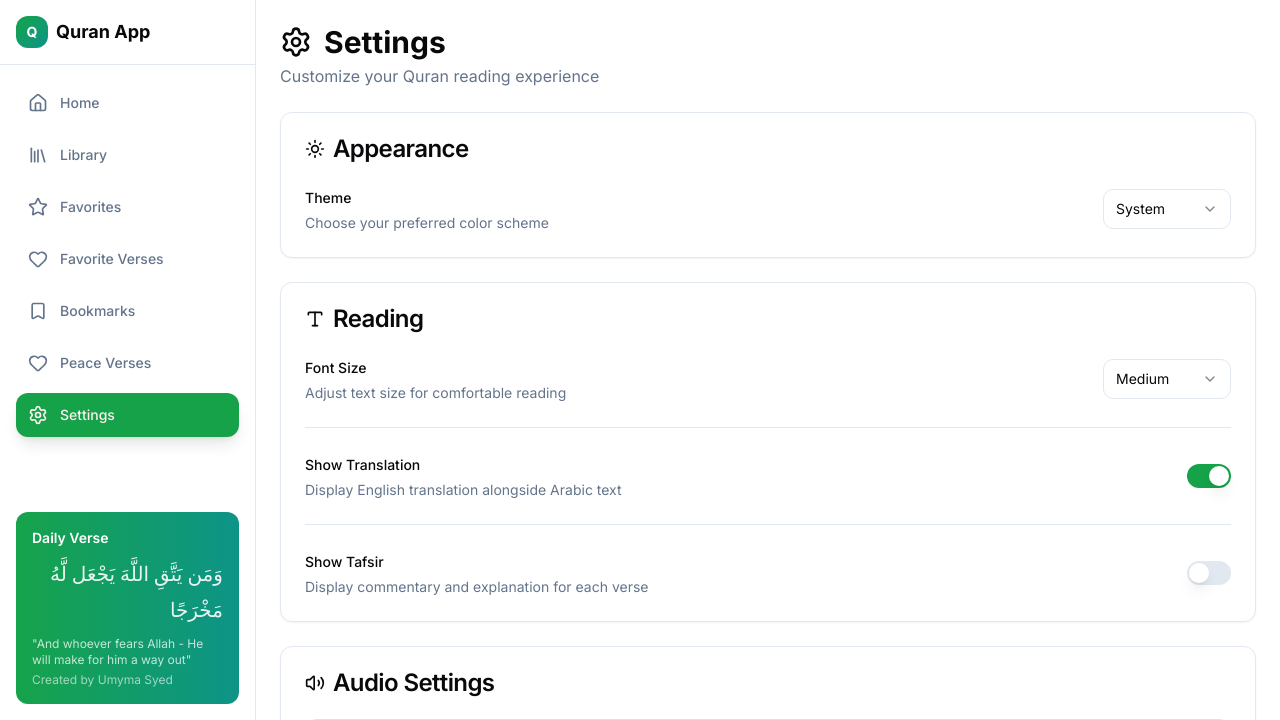
Repository: umymasyed/QuranApp
Page: /settings
The author's editor kept a copy of each file at every save. The page is drawn from the files as they stood at one save, then again after the next save.
The browser window is 1280 px wide. The pictures show the whole page.
An inner scrolling area shows only its first screen. The project was rebuilt for these pictures with package versions that can differ from the ones it lists, and the page was loaded fresh each time. The framework's server and built-in components were replaced by stand-ins that run in the browser. Also part of the build but not shown: next.config.mjs, components/audio-player.tsx.

Above is the page before, as saved 2025-07-23 11:35:30.

After the next save:
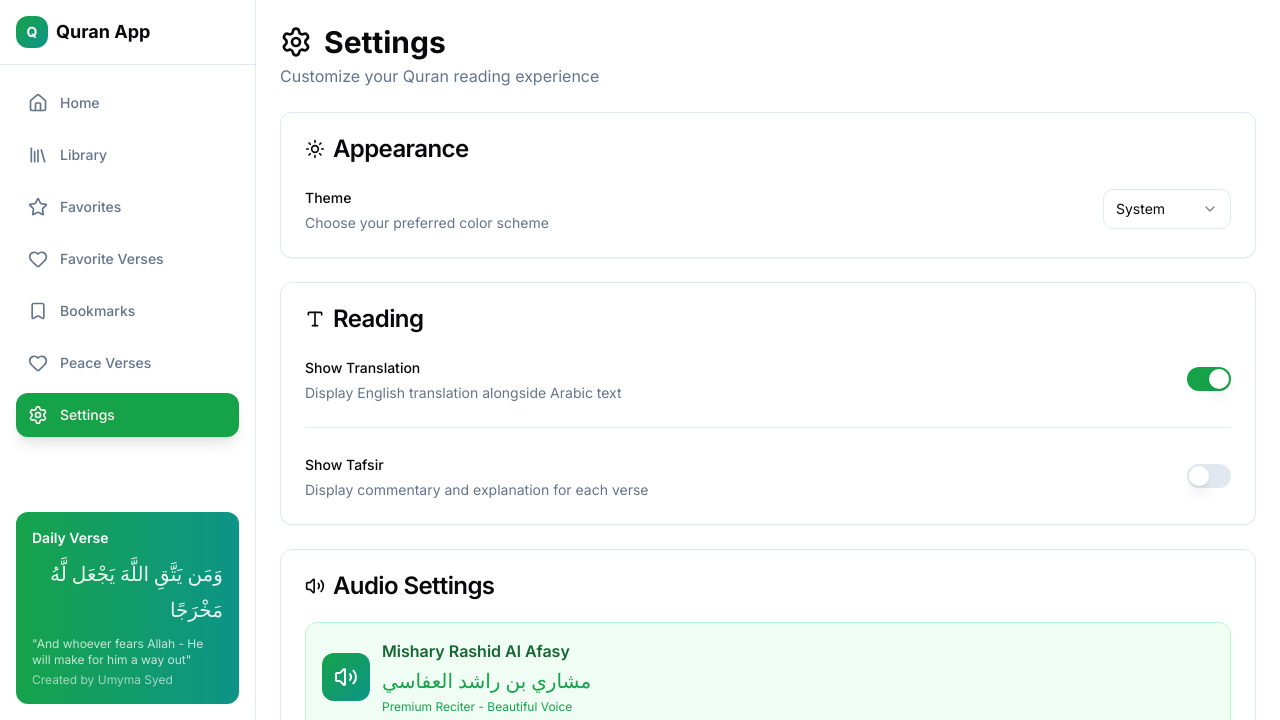
Saved 11 min 17 s later.
--- a/app/settings/page.tsx
+++ b/app/settings/page.tsx
@@ -17,7 +17,6 @@ export default function SettingsPage() {
   const { theme, setTheme } = useTheme()
   const [preferences, setPreferences] = useState<UserPreferences>({
     theme: "light",
-    fontSize: "medium",
     showTranslation: true,
     showTafsir: false,
     autoPlay: false,
@@ -46,7 +45,6 @@ export default function SettingsPage() {
       storage.clearAll()
       setPreferences({
         theme: "light",
-        fontSize: "medium",
         showTranslation: true,
         showTafsir: false,
         autoPlay: false,
@@ -111,25 +109,6 @@ export default function SettingsPage() {
         <CardContent className="space-y-6">
           <div className="flex items-center justify-between">
             <div className="space-y-1">
-              <Label>Font Size</Label>
-              <p className="text-sm text-muted-foreground">Adjust text size for comfortable reading</p>
-            </div>
-            <Select value={preferences.fontSize} onValueChange={(value) => updatePreference("fontSize", value)}>
-              <SelectTrigger className="w-32">
-                <SelectValue />
-              </SelectTrigger>
-              <SelectContent>
-                <SelectItem value="small">Small</SelectItem>
-                <SelectItem value="medium">Medium</SelectItem>
-                <SelectItem value="large">Large</SelectItem>
-              </SelectContent>
-            </Select>
-          </div>
-
-          <Separator />
-
-          <div className="flex items-center justify-between">
-            <div className="space-y-1">
               <Label>Show Translation</Label>
               <p className="text-sm text-muted-foreground">Display English translation alongside Arabic text</p>
             </div>
@@ -180,7 +159,8 @@ export default function SettingsPage() {
             <div className="space-y-1">
               <Label>Auto Play</Label>
               <p className="text-sm text-muted-foreground">
-                Automatically play next surah when current one ends, and next verse when verse audio ends
+                Enable autoplay for surah-to-surah playback. Also required for verse-to-verse autoplay (along with surah
+                page setting).
               </p>
             </div>
             <Switch
